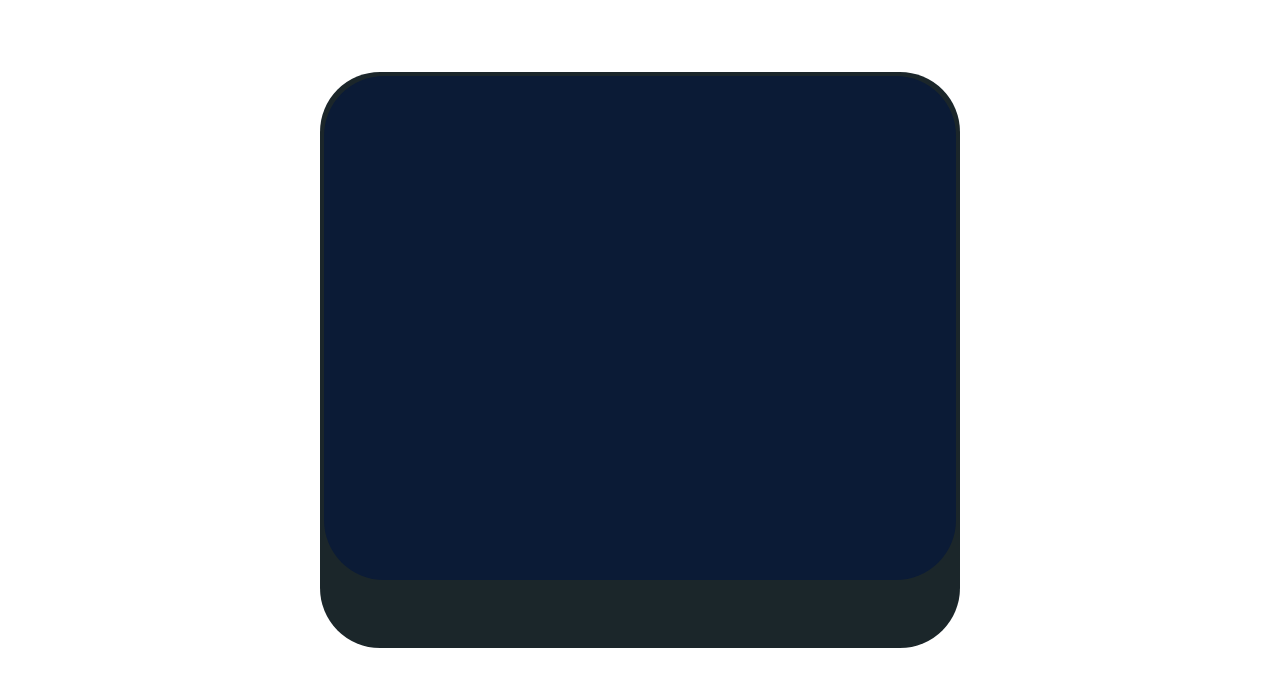
Repository: yezhonghu0503/chatgpt-vue-lac
Page: /
These files come from the project's save history. The page is drawn as it stood at one moment and after the next save; the edit follows.
The browser window is 1280 px wide. The pictures show the whole page.
The project was rebuilt for these pictures with package versions that can differ from the ones it lists, and the page was loaded fresh each time. Also part of the build but not shown: vite.config.ts.

Above is the page before, as saved 2023-05-17 19:05:14.

### src/style.css
@tailwind base;
@tailwind components;
@tailwind utilities;

:root {
  font-family: Inter, system-ui, Avenir, Helvetica, Arial, sans-serif;
  line-height: 1.5;
  font-weight: 400;

  color-scheme: light dark;
  color: rgba(255, 255, 255, 0.87);
  /* background-color: #242424; */
  background-color: rgb(21, 21, 21);

  font-synthesis: none;
  text-rendering: optimizeLegibility;
  -webkit-font-smoothing: antialiased;
  -moz-osx-font-smoothing: grayscale;
  -webkit-text-size-adjust: 100%;
}

a {
  font-weight: 500;
  color: #646cff;
  text-decoration: inherit;
}

a:hover {
  color: #535bf2;
}

body {
  margin: 0;
  display: flex;
  place-items: center;
  min-width: 320px;
  min-height: 100vh;
}

h1 {
  font-size: 3.2em;
  line-height: 1.1;
}

button {
  border-radius: 8px;
  border: 1px solid transparent;
  padding: 0.6em 1.2em;
  font-size: 1em;
  font-weight: 500;
  font-family: inherit;
  background-color: #1a1a1a;
  cursor: pointer;
  transition: border-color 0.25s;
}

button:hover {
  border-color: #646cff;
}

button:focus,
button:focus-visible {
  outline: 4px auto -webkit-focus-ring-color;
}

.card {
  padding: 2em;
}

#app {
  max-width: 1280px;
  margin: 0 auto;
  padding: 2rem;
  text-align: center;
}

@media (prefers-color-scheme: light) {
  :root {
    color: #213547;
    background-color: #ffffff;
  }

  a:hover {
    color: #747bff;
  }

  button {
    background-color: #f9f9f9;
  }
}

### src/App.vue
<script setup lang="ts">
import chat from './pages/chat.vue';
</script>

<template>
  <chat />
</template>

<style scoped></style>

### src/pages/chat.vue
<template>
    <div class="w-[50vw] h-[80vh] bg-rg-chat-border rounded-[60px] flex justify-center p-1">
        <div class="w-[50vw] h-[70vh] bg-rg-chat rounded-[60px]"></div>
    </div>
</template>
<script lang="ts" setup>

</script>
<style lang="less" scoped></style>

### tailwind.config.js
/** @type {import('tailwindcss').Config} */
export default {
  content: [
    "./index.html",
    "./src/**/*.{vue,js,ts,jsx,tsx}",
  ],
  theme: {
    extend: {
      colors: {
        'rg-chat': 'rgb(11,27,54)',
        'rg-chat-border': 'rgb(27,38,42)'
      }
    }
  },
  plugins: [],
}

Loaded but not shown: index.html (common file); src/main.ts (common file)

After the next save:
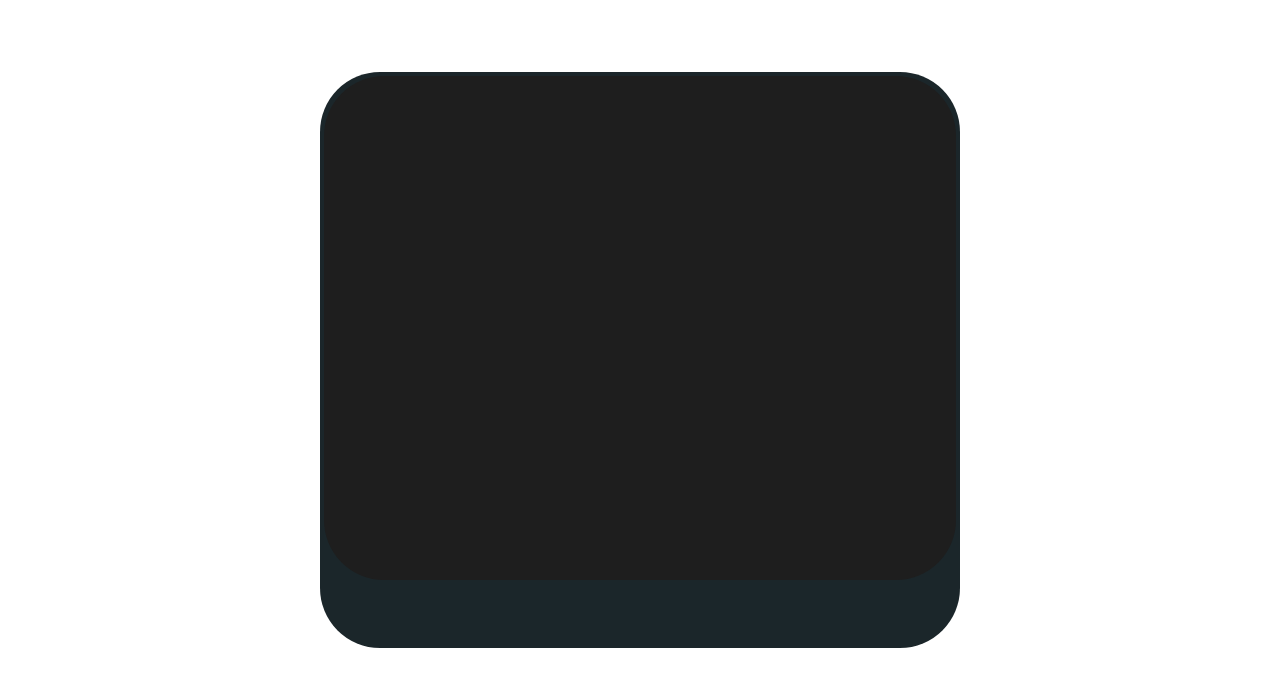
Saved 29 s later.
--- a/tailwind.config.js
+++ b/tailwind.config.js
@@ -7,7 +7,7 @@
   theme: {
     extend: {
       colors: {
-        'rg-chat': 'rgb(11,27,54)',
+        'rg-chat': 'rgb(30,30,30)',
         'rg-chat-border': 'rgb(27,38,42)'
       }
     }
